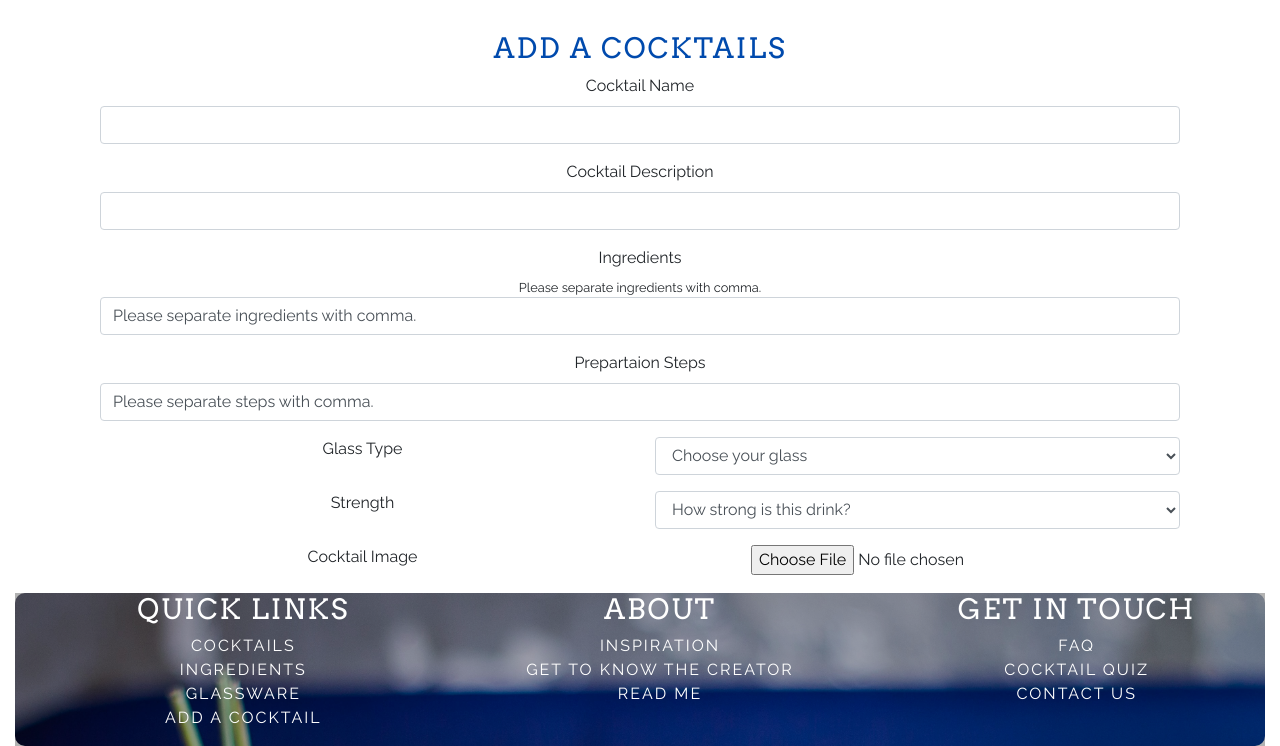
Repository: noblesaleka/cocktail_app
Page: http://localhost/add_cocktail
The author's editor kept a record of every edit. The page is drawn from the files as they stood at one moment, then again after the next edit.
The browser window is 1280 px wide. The pictures show the part of the page from y = 556 to 1322 px (the page is 1302 px tall before and 1322 px after).
The page is served by the project's application, run on Flask 3 (app.py). Queries for data that is not in the repository find no rows.

Above is the page before.
Console error: TypeError: $(...).formSelect is not a function

After the next edit:
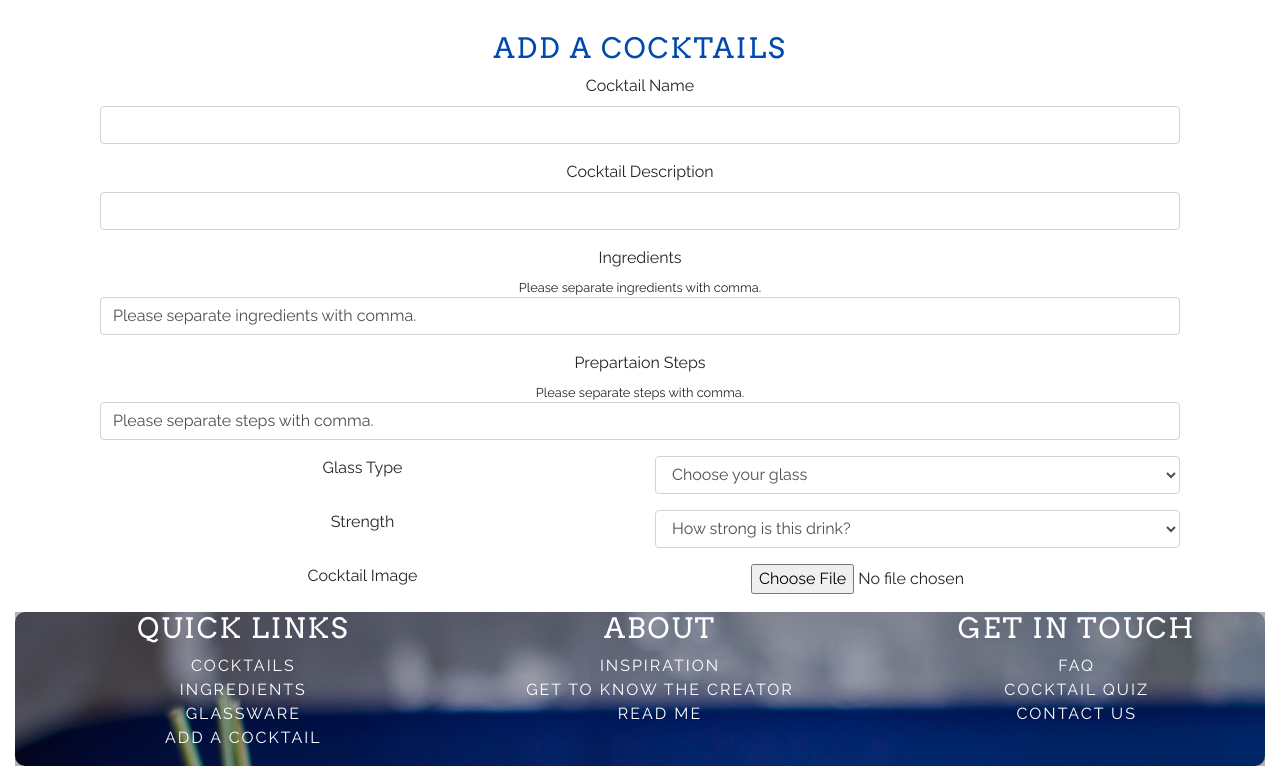
The edit:
--- a/templates/addCocktail.html
+++ b/templates/addCocktail.html
@@ -38,6 +38,7 @@
             <div class="form-group row ">
                 <div class="col-12">
                     <label for="ingredients">Prepartaion Steps</label>
+                    <div><small>Please separate steps with comma.</small></div>
                     <input class="form-control validate" type="text" name="preparation_steps" id="preparation_steps" value="Please separate steps with comma." required>
                 </div>
             </div>
